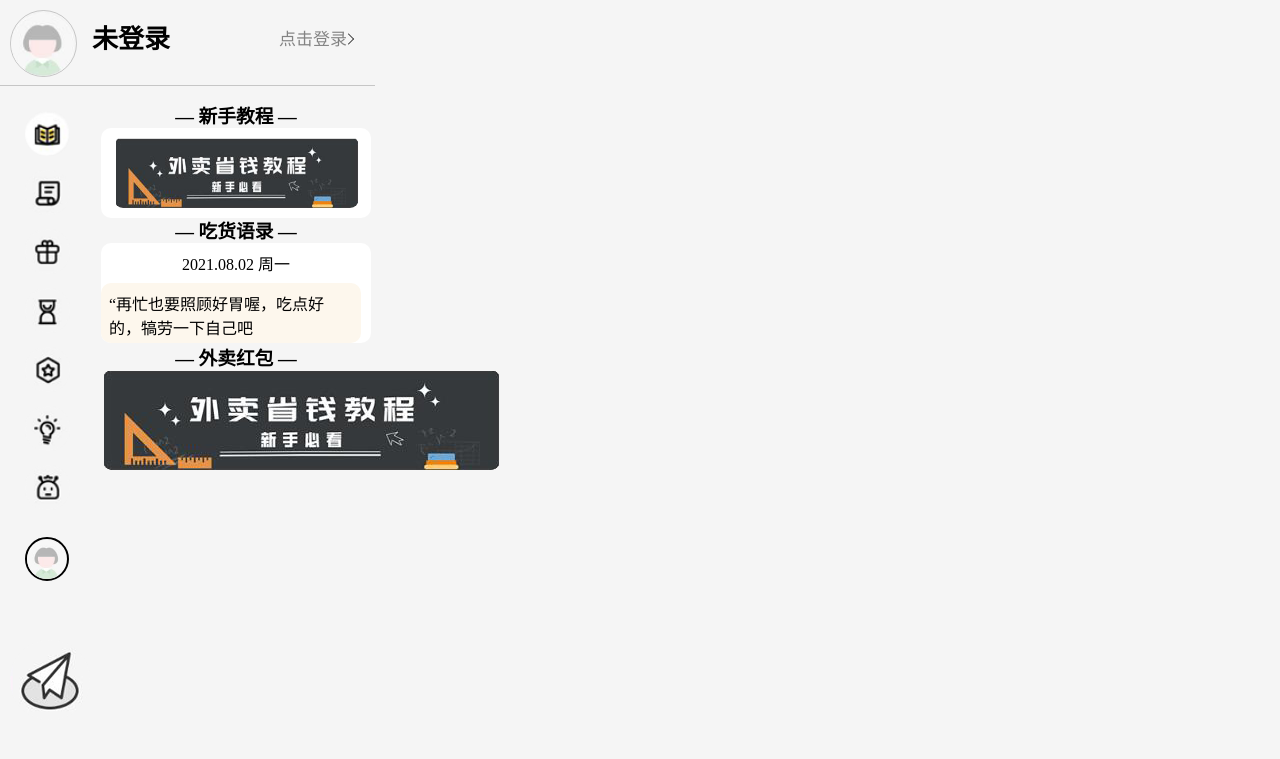
Repository: Privatexiao/projects
Page: Takeout assistant/index.html
The author's editor kept a copy of each file at every save. The page is drawn from the files as they stood at one save, then again after a run of saves.
The browser window is 1280 px wide. The pictures show the whole page.

Above is the page before, as saved 2021-08-02 17:12:52.

After the next 3 saves:
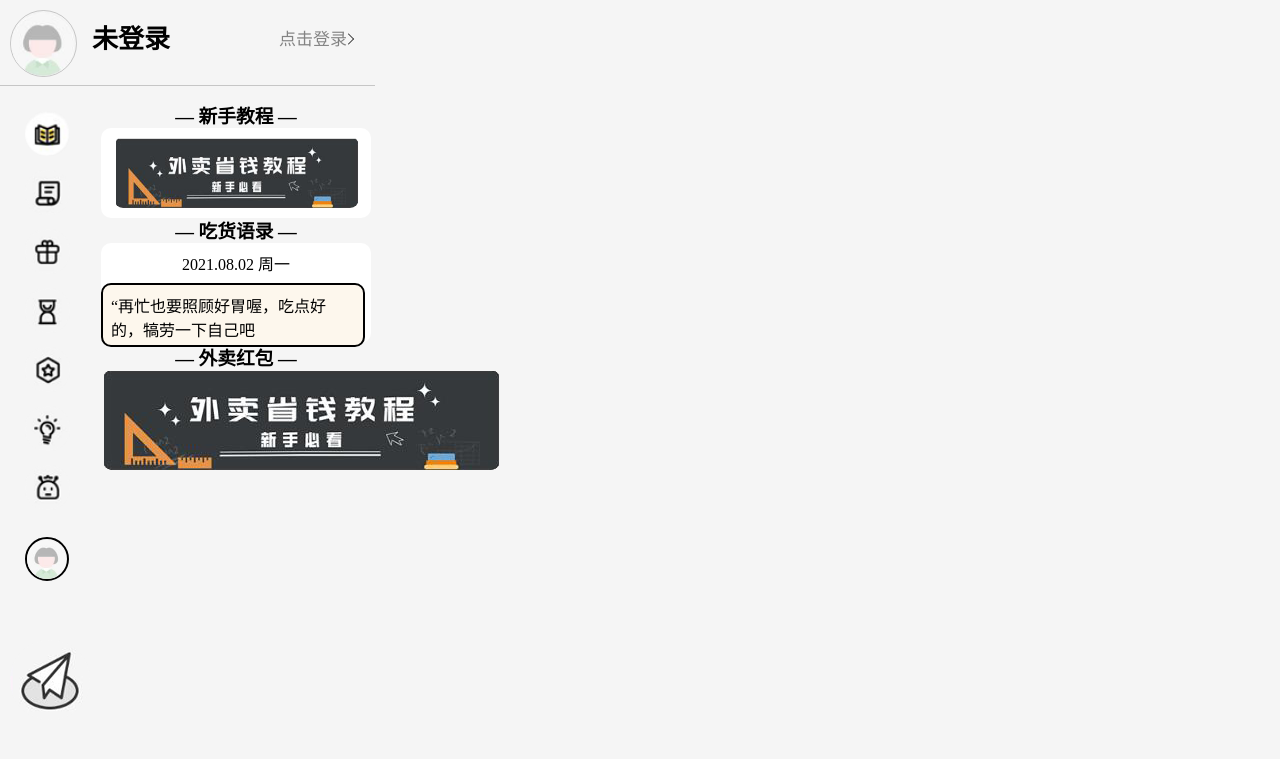
The 3 saves are shown as one change because they came seconds apart.
The last was saved 13 s later.
--- a/Takeout assistant/css/index.css
+++ b/Takeout assistant/css/index.css
@@ -129,7 +129,7 @@ ul,ol{
     width: 260px;
     height: 60px;
     border-radius: 10px;
-    bor
+    border: 2px solid ;
 }
 .VersionQuotation .chyl_nr p{
     text-align: left;
